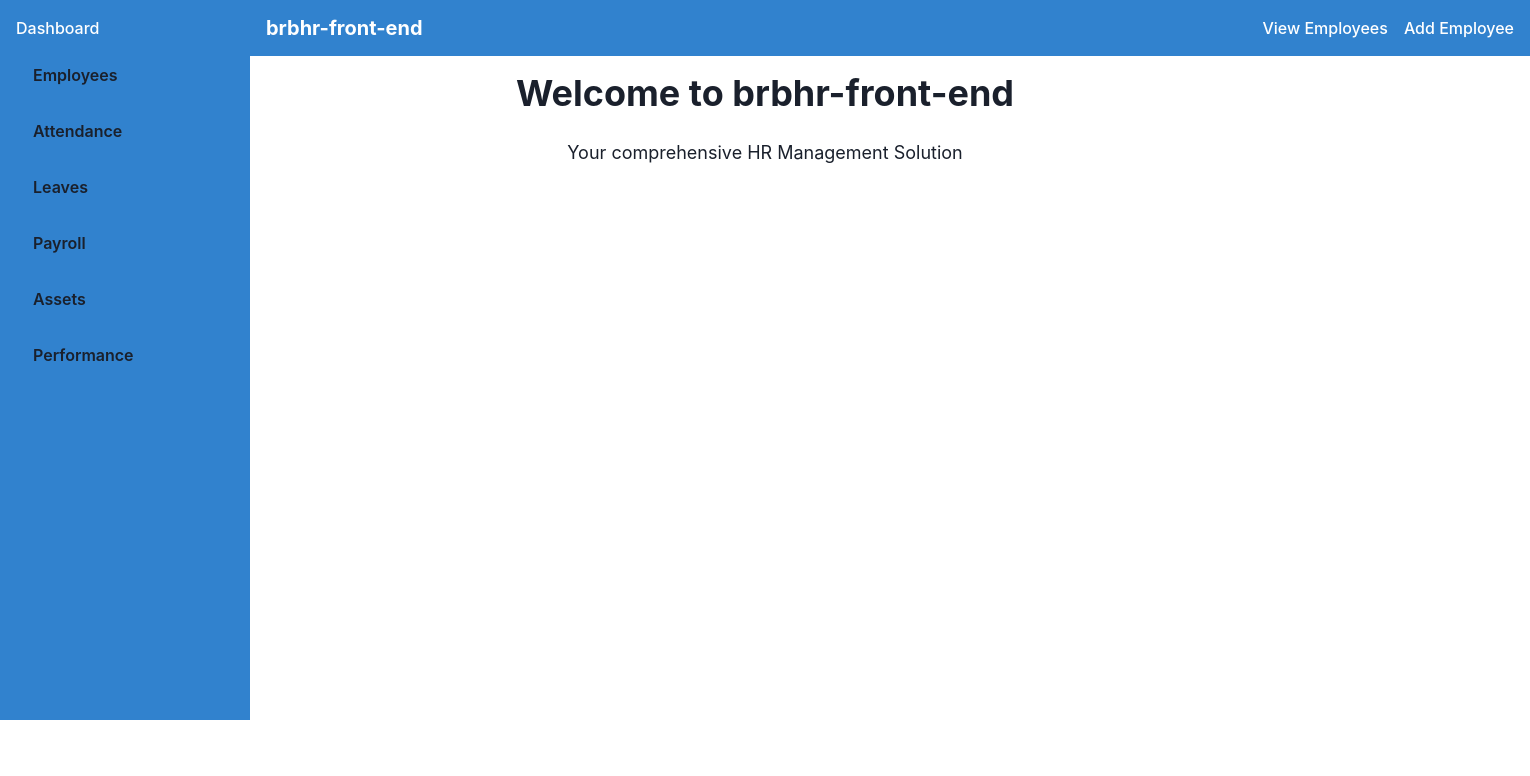
Repository: apipulse/brbhr-frontend
Page: /
An editor plug-in stored every save of this project. The page is shown before and after the next save, followed by the edit.
The browser window is 1280 px wide. The page is 1530 px wide, then 1280 px, so the pictures cover 1530 px, including what lies to the right of the window. The pictures show the whole page.
The project was rebuilt for these pictures with package versions that can differ from the ones it lists, and the page was loaded fresh each time. Also part of the build but not shown: vite.config.js, src/services/axiosInstance.js, src/services/EmployeeService.js, src/components/employee/EmployeeList.jsx, src/components/employee/AddEmployee.jsx, src/services/LeaveService.js, src/components/employee/LeaveList.jsx, src/components/employee/LeaveForm.jsx.

Above is the page before, as saved 2024-01-19 20:49:18.

### src/App.jsx
import React from 'react';
import { ChakraProvider, Flex } from '@chakra-ui/react';
import { BrowserRouter as Router, Route, Routes } from 'react-router-dom';
import NavBar from './components/layout/NavBar';
import SideBar from './components/layout/SideBar';
import Home from './components/pages/Home';
import EmployeeList from './components/employee/EmployeeList';
import AddEmployee from './components/employee/AddEmployee';
import LeaveList from './components/employee/LeaveList';
import LeaveForm from './components/employee/LeaveForm';

const App = () => {
  return (
    <ChakraProvider>
      <Router>
        <Flex>
          <SideBar />
          <Flex flexDirection="column" width="calc(100vw - 250px)"> {/* Adjust the width */}
            <NavBar />
            <Routes>
              <Route exact path="/" element={<Home />} />
              <Route path="/employees" element={<EmployeeList />} />
              <Route path="/add-employee" element={<AddEmployee />} />
              <Route path="/leaves" element={<LeaveList />} />
              <Route path="/add-leave" element={<LeaveForm />} />
              {/* Add more routes as needed */}
            </Routes>
          </Flex>
        </Flex>
      </Router>
    </ChakraProvider>
  );
};

export default App;

### src/components/layout/NavBar.jsx
import { Box, Flex, Link, Heading, Spacer, useMediaQuery } from '@chakra-ui/react';
import { Link as RouterLink } from 'react-router-dom';

const NavBar = () => {
  const [isLargerThan768] = useMediaQuery('(min-width: 768px)');

  return (
    <Flex
      bg="blue.500"
      p="4"
      color="white"
      width="100vw" // Set the width to 100% of the viewport width
      direction={isLargerThan768 ? 'row' : 'column'}
      align="center"
      justify={isLargerThan768 ? "space-between" : "center"} // Adjust justification
    >
      <Box>
        <Heading size="md">brbhr-front-end</Heading>
      </Box>
      <Spacer />
      <Box mt={!isLargerThan768 ? 4 : 0}>
        <Link as={RouterLink} to="/employees" mx="4">View Employees</Link>
        <Link as={RouterLink} to="/add-employee">Add Employee</Link>
        {/* Add more links as needed */}
      </Box>
    </Flex>
  );
};

export default NavBar;

### src/components/layout/SideBar.jsx
import React, { useState } from 'react';
import { Box, Link, VStack, Collapse, Button, useDisclosure } from '@chakra-ui/react';
import { Link as RouterLink } from 'react-router-dom';

const SidebarLinkGroup = ({ title, children }) => {
  const { isOpen, onToggle } = useDisclosure();
  return (
    <Box>
      <Button variant="ghost" onClick={onToggle} width="100%" justifyContent="flex-start">
        {title}
      </Button>
      <Collapse in={isOpen} animateOpacity>
        <VStack spacing={2} align="stretch" pl={4}>
          {children}
        </VStack>
      </Collapse>
    </Box>
  );
};

const Sidebar = () => {
  return (
    <Box bg="blue.500" h="100vh" w="250px" color="white" p="4">
      <VStack spacing={4} align="stretch">
        {/* Dashboard */}
        <Link as={RouterLink} to="/dashboard">Dashboard</Link>

        {/* Employees */}
        <SidebarLinkGroup title="Employees">
          <Link as={RouterLink} to="/employees/list">Employee List</Link>
          <Link as={RouterLink} to="/employees/add">Add Employee</Link>
          {/* Additional Employee-related links */}
        </SidebarLinkGroup>

        {/* Attendance */}
        <SidebarLinkGroup title="Attendance">
          <Link as={RouterLink} to="/attendance/records">Attendance Records</Link>
          <Link as={RouterLink} to="/attendance/report">Attendance Report</Link>
          {/* Additional Attendance-related links */}
        </SidebarLinkGroup>

        {/* Leaves */}
        <SidebarLinkGroup title="Leaves">
          <Link as={RouterLink} to="/leaves/apply">Apply for Leave</Link>
          <Link as={RouterLink} to="/leaves/status">Leave Status</Link>
          {/* Additional Leaves-related links */}
        </SidebarLinkGroup>

        {/* Payroll */}
        <SidebarLinkGroup title="Payroll">
          <Link as={RouterLink} to="/payroll/salary">Salary Details</Link>
          <Link as={RouterLink} to="/payroll/statements">Payroll Statements</Link>
          {/* Additional Payroll-related links */}
        </SidebarLinkGroup>

        {/* Assets */}
        <SidebarLinkGroup title="Assets">
          <Link as={RouterLink} to="/assets/manage">Manage Assets</Link>
          <Link as={RouterLink} to="/assets/assign">Assign Assets</Link>
          {/* Additional Asset-related links */}
        </SidebarLinkGroup>

        {/* Performance (PMS) */}
        <SidebarLinkGroup title="Performance">
          <Link as={RouterLink} to="/performance/reviews">Performance Reviews</Link>
          <Link as={RouterLink} to="/performance/goals">Set Goals</Link>
          {/* Additional Performance-related links */}
        </SidebarLinkGroup>

        {/* Additional main categories as needed */}
      </VStack>
    </Box>
  );
};

export default Sidebar;

### src/components/pages/Home.jsx
import React from 'react';
import { Box, Text, Flex, Heading } from '@chakra-ui/react';

const Home = () => {
    return (
        <Flex direction="column" minHeight="100vh" justify="center" align="center">
            <Box textAlign="center" p={4} flexGrow={1}>
                <Heading as="h1" size="xl" mb={6}>
                    Welcome to brbhr-front-end
                </Heading>
                <Text fontSize="lg">
                    Your comprehensive HR Management Solution
                </Text>
                {/* Additional content and widgets can be added here */}
            </Box>
        </Flex>
    );
};

export default Home;

Loaded but not shown: index.html (common file); src/main.jsx (common file); src/index.css (common file)

After the next save:
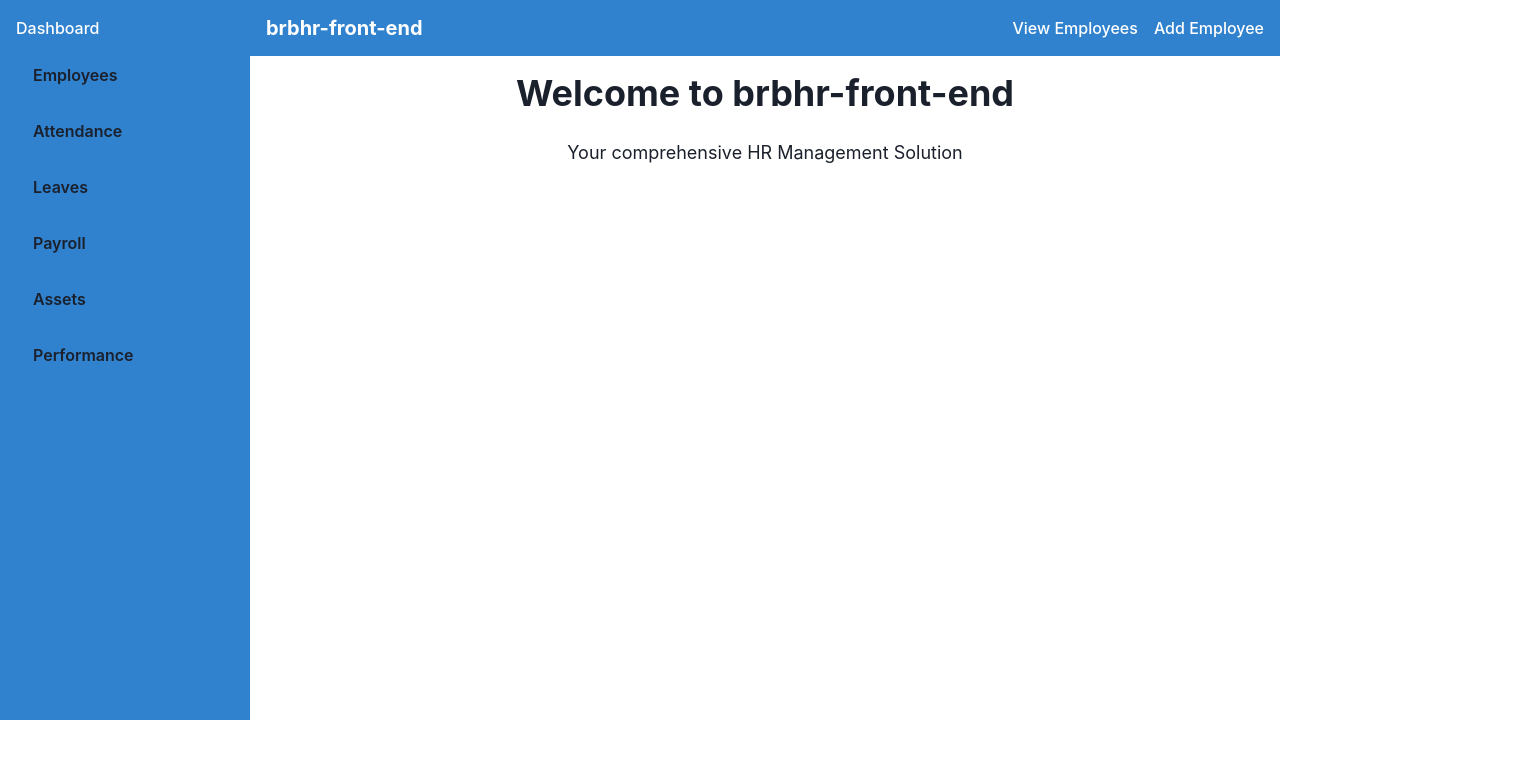
Saved 41 s later.
--- a/src/components/layout/NavBar.jsx
+++ b/src/components/layout/NavBar.jsx
@@ -6,14 +6,14 @@ const NavBar = () => {
 
   return (
     <Flex
-      bg="blue.500"
-      p="4"
-      color="white"
-      width="100vw" // Set the width to 100% of the viewport width
-      direction={isLargerThan768 ? 'row' : 'column'}
-      align="center"
-      justify={isLargerThan768 ? "space-between" : "center"} // Adjust justification
-    >
+    bg="blue.500"
+    p="4"
+    color="white"
+    width="full" // Adjust to take full width of the parent container
+    direction={isLargerThan768 ? 'row' : 'column'}
+    align="center"
+    justify={isLargerThan768 ? "space-between" : "center"}
+  >
       <Box>
         <Heading size="md">brbhr-front-end</Heading>
       </Box>
